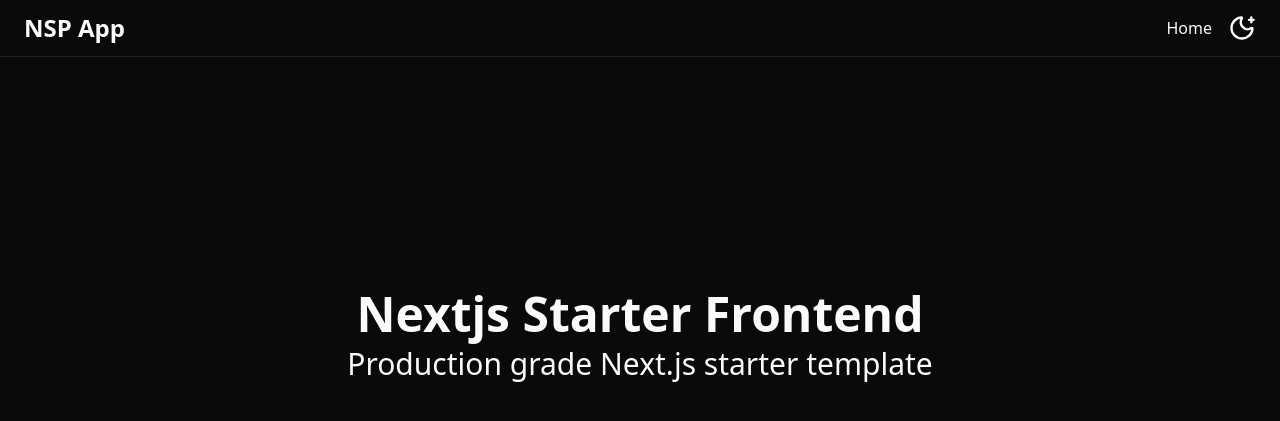
Repository: dev-piyushsarkar/counter-state-project
Page: /
These files come from the project's save history. The page is drawn as it stood at one moment and after the next save; the edit follows.
The browser window is 1280 px wide. The pictures show the whole page.
The project was rebuilt for these pictures with package versions that can differ from the ones it lists, and the page was loaded fresh each time. The framework's server and built-in components were replaced by stand-ins that run in the browser. Also part of the build but not shown: next.config.ts.

Above is the page before, as saved 2025-11-15 12:10:02.

After the next save:
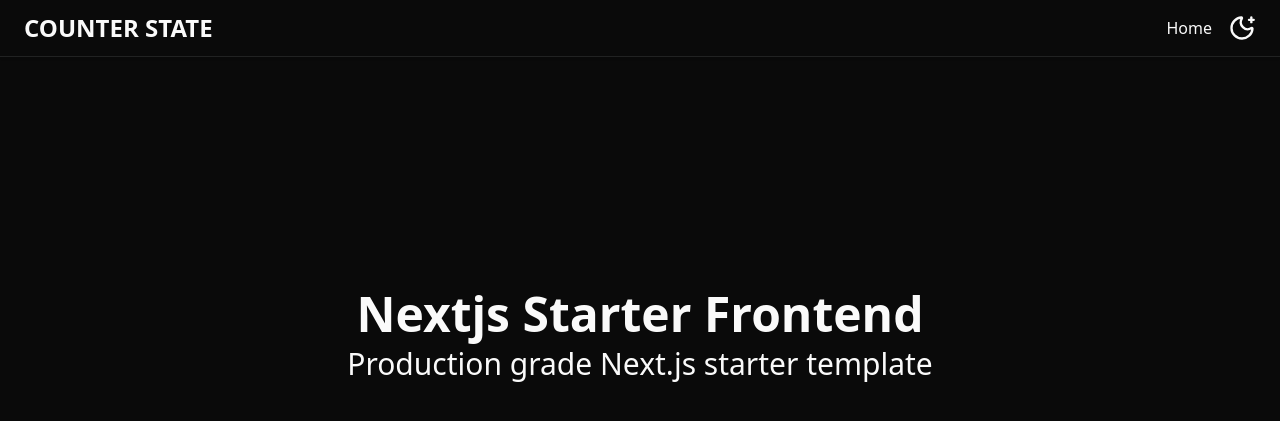
Saved 61 min 58 s later.
--- a/src/components/Header/Header.tsx
+++ b/src/components/Header/Header.tsx
@@ -11,7 +11,7 @@
 					<h1
 						className="text-2xl font-semibold"
 						aria-label="App Name">
-						NSP App
+						COUNTER STATE
 					</h1>
 				</Link>
 
